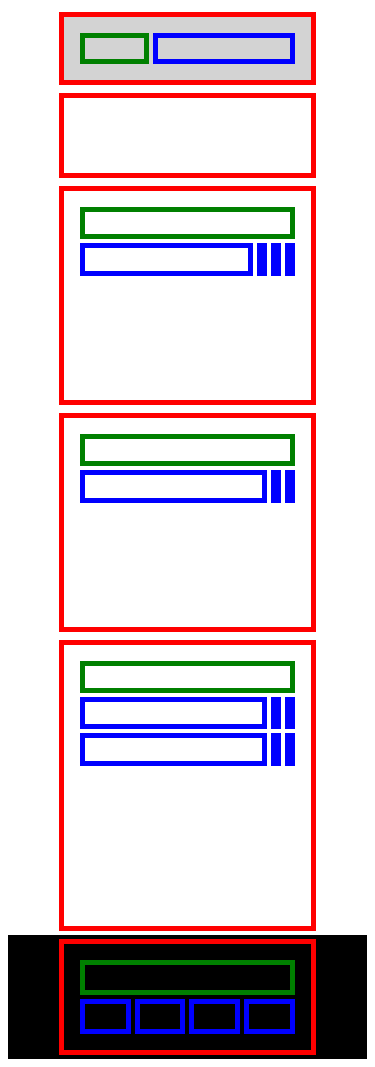
Repository: anderscederberg11/LAB2BG
Page: index.html
These files come from the project's save history. The page is drawn as it stood at one moment and after the next save; the edit follows.
The browser window is 375 px wide. The pictures show the whole page.

Above is the page before, as saved 2024-02-01 20:41:28.

### index.html
<!doctype html>
<html class="no-js" lang="en">

<head>
  <meta charset="utf-8">
  <meta name="viewport" content="width=device-width, initial-scale=1">
  <title>Sebastians Wonderful Website</title>
  <link rel="stylesheet" href="css/style.css">
  <meta name="description" content="sebastians website">
  <meta property="og:title" content="Sebastians Wonderful Website">
  <meta property="og:type" content="website">
  <meta property="og:url" content="https://www.SebastianWebsite.com">
  <!--<meta property="og:image" content=""> -->

  <link rel="icon" href="/favicon.ico" sizes="any">
  <link rel="icon" href="/icon.svg" type="image/svg+xml">
  <link rel="apple-touch-icon" href="icon.png">

</head>
    <body class="displayContainer">

        <header class="headerContainer">
            <div class="headerTitleContainer">
                <h1 class="title"></h1>
            </div>
            <div class="headerImageContainer"></div>
        </header>

        <div class="sectionOne">
            <div class="sectionOneImage">
                <div class="sectionOneList">
                    <p>test</p>
                </div>
                <!-- image -->
            </div>
        </div>

        <div class="sectionTwo">
            <h1 class="title"></h1>
        </div>

        <div class="sectionThree">
            <div class="headerSectionThree">
                <h2 class="secondHeader"></h2>
                <h5 class="subHeader"></h5>
            </div>
            <div class="card"></div>
            <div class="card"></div>
            <div class="card"></div>
            <div class="card"></div>
        </div>

        <div class="sectionFour">
            <div class="headerSectionFour">
                <h2 class="secondHeader"></h2>
                <h5 class="subHeader"></h5>
            </div>
            <div class="card-special"></div>
            <div class="card"></div>
            <div class="card"></div>
        </div>

        <div class="sectionFive">
            <div class="headerSectionFive">
                <h2 class="secondHeader"></h2>
                <h5 class="subHeader"></h5>
            </div>
            <div class="card"></div>
            <div class="card"></div>
            <div class="card"></div>
            <div class="card"></div>
            <div class="card"></div>
            <div class="card"></div>
        </div>

        <div class="sectionSix">
            <div class="headerSectionSix">
                <h2 class="secondHeader"></h2>
                <h5 class="subHeader"></h5>
            </div>
            <div class="card-special"></div>
            <div class="card-special"></div>
        </div>

        <div class="sectionSeven">
            <div class="card"></div>
            <div class="card"></div>
            <div class="card"></div>
            <div class="card"></div>
            <div class="card"></div>
        </div>

        <footer class="footerContainer">
            <div class="sectionFooter">
                <div class="footerInfo"><h6></h6></div>
                <div class="footerInfoCard"><h4></h4></div>
                <div class="footerInfoCard"><h4></h4></div>
                <div class="footerInfoCard"><h4></h4></div>
                <div class="footerInfoCard"><h4></h4></div>
            </div>
        </footer>

    </body>
</html>

### css/style.css
.displayContainer{
  display:flex;
  flex-direction: column;
  align-items: center;
}

.card, .card-special {
  border: 5px solid blue;
}

.headerContainer{
  grid-template-columns: repeat(3, 1fr);
  background-color: lightgrey;
}

.headerTitleContainer{
  border: 5px solid green;
}

.headerImageContainer{
  grid-column: 2/4;
  border: 5px solid blue;
}

.sectionOne{
  display:flex;
  flex-direction: column;
  align-items: center;
  background-color: lightgrey;
  width:100%;
  border:none;
  margin:0.25vh;
}

.sectionOneList{

}

.sectionOneImage{
  width:70%;
  height:30vw;
  border: 5px solid red;
}

.headerContainer, .sectionTwo, .sectionThree, .sectionFour, .sectionFive, .sectionSix, .sectionSeven, .sectionFooter{
  display:grid;
  width:60%;
  grid-gap:0.25em;
  padding:1em;
  margin:0.25em;
  border: 5px solid red;
}
.headerSectionThree, .headerSectionFour, .headerSectionFive, .headerSectionSix, .footerInfo{
  border: 5px solid green;
}

.sectionThree, .sectionFooter{
  grid-template-columns: repeat(4, 1fr);
  grid-template-rows: repeat(2, 1fr);
}

.headerSectionThree, .footerInfo{
  grid-column: span 4;
}

.sectionFour{
  grid-template-columns: repeat(3, 1fr);
  grid-template-rows: repeat(2, 1fr);
}

.headerSectionFour{
  grid-column: span 3;
}

.sectionFive{
  grid-template-columns: repeat(3, 1fr);
  grid-template-rows: repeat(3, 1fr);
}

.headerSectionFive{
  grid-column: span 3;
}

.sectionSix{
  grid-template-columns: repeat(2, 1fr);
  grid-template-rows: repeat(2, 1fr);
}

.headerSectionSix{
  grid-column: span 2;
}

.sectionSeven{
  grid-template-columns: repeat(5, 1fr);
  height:31.51px; /*REMOVE*/
}

.footerContainer{
  display:flex;
  flex-direction: column;
  align-items: center;
  width:100%;
  background-color: black;
}

.sectionFooter{

}

.footerInfo{

}

.footerInfoCard{
  border: 5px solid blue;
}

/* Small only */
@media screen and (max-width: 39.9375em) {
  .sectionOne, .sectionSix, .sectionSeven{
    display: none;
  }
  .sectionThree, .sectionFour, .sectionFive{
    grid-template-columns: repeat(1, 1fr);
  }
  .headerSectionThree, .headerSectionFour, .headerSectionFive{
    column-span: none;
  }
  .sectionThree, .sectionFour{
    grid-template-rows: repeat(5, 1fr);
  }
  .sectionFive{
    grid-template-rows: repeat(7, 1fr);
  }
}

/* Medium and up */
@media screen and (min-width: 40em) {}

/* Medium only */
@media screen and (min-width: 40em) and (max-width: 63.9375em) {
  .sectionThree, .sectionFour, .sectionFooter, .sectionFive{
    grid-template-columns: repeat(2, 1fr);
    grid-template-rows: repeat(3, 1fr);
  }

  .headerSectionThree, .footerInfo, .headerSectionFour, .sectionFour .card-special, .headerSectionFive {
    grid-column: span 2;
  }

  .sectionFive{
    grid-template-rows: repeat(4, 1fr);
  }

  .sectionSix{
    grid-template-columns: repeat(1, 1fr);
    grid-template-rows: repeat(3, 1fr);
  }

  .headerSectionSix{
    grid-column: span 1;
  }
}

/* Large and up */
@media screen and (min-width: 64em) {}

/* Large only */
@media screen and (min-width: 64em) and (max-width: 74.9375em) {}

After the next save:
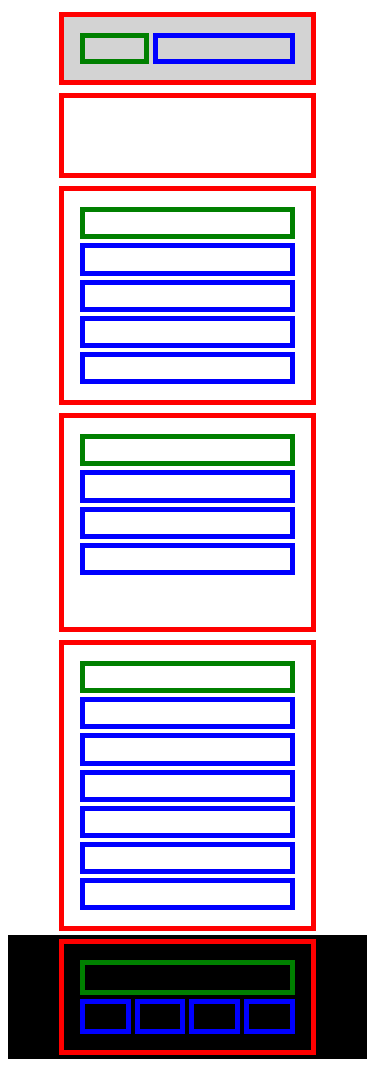
Saved 2 min 34 s later.
--- a/css/style.css
+++ b/css/style.css
@@ -50,6 +50,7 @@
   margin:0.25em;
   border: 5px solid red;
 }
+
 .headerSectionThree, .headerSectionFour, .headerSectionFive, .headerSectionSix, .footerInfo{
   border: 5px solid green;
 }
@@ -124,7 +125,7 @@
     grid-template-columns: repeat(1, 1fr);
   }
   .headerSectionThree, .headerSectionFour, .headerSectionFive{
-    column-span: none;
+    grid-column: span 1;
   }
   .sectionThree, .sectionFour{
     grid-template-rows: repeat(5, 1fr);
